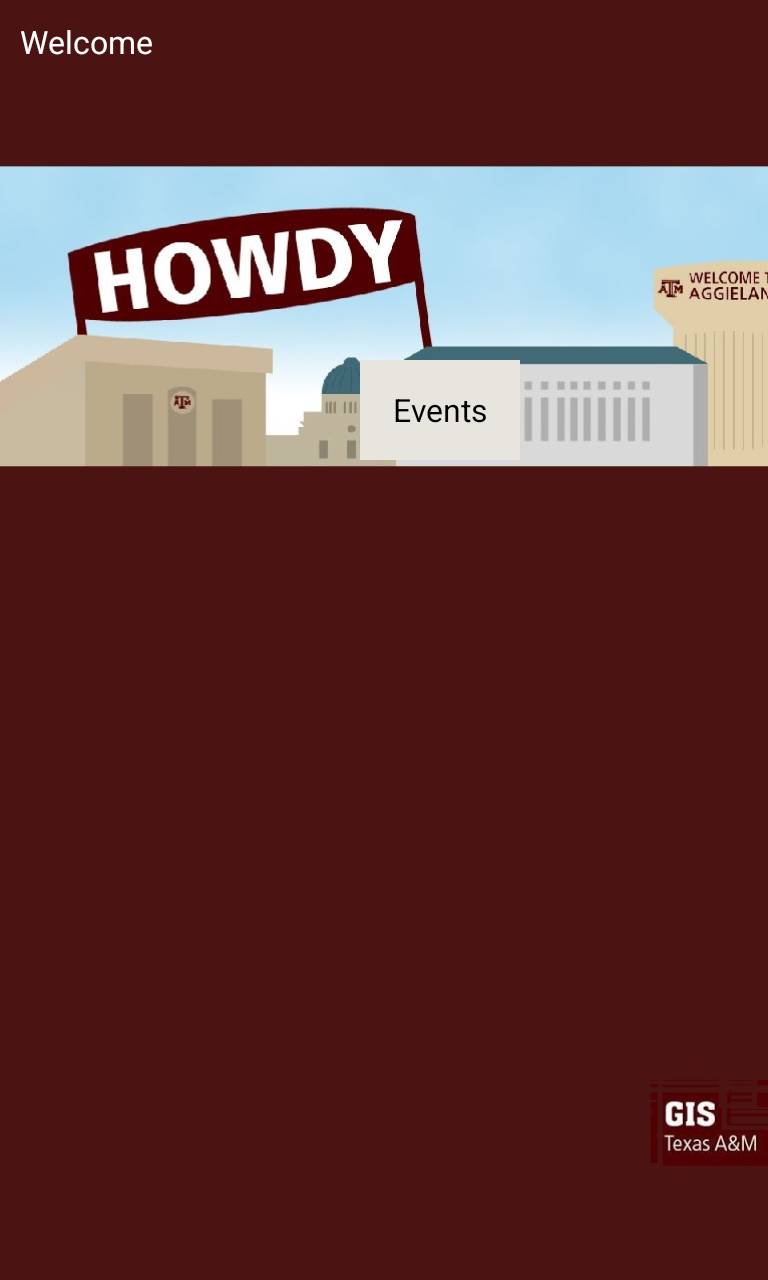
Repository: jannelg92/ANDROIDAPP
Layout: GEOINNOVATION/TAMUgis-dayEvents/res/layout/main_home.xml
These files come from the project's save history. The layout is drawn as it stood at one moment and after the next save; the edit follows.
It is drawn on a 768 x 1280 px phone screen (xhdpi) without system bars, with theme AppTheme; the app's code is not run. Lists and similar views that code fills are empty.

Above is the layout before, as saved 2014-04-19 00:47:28.

After the next save:
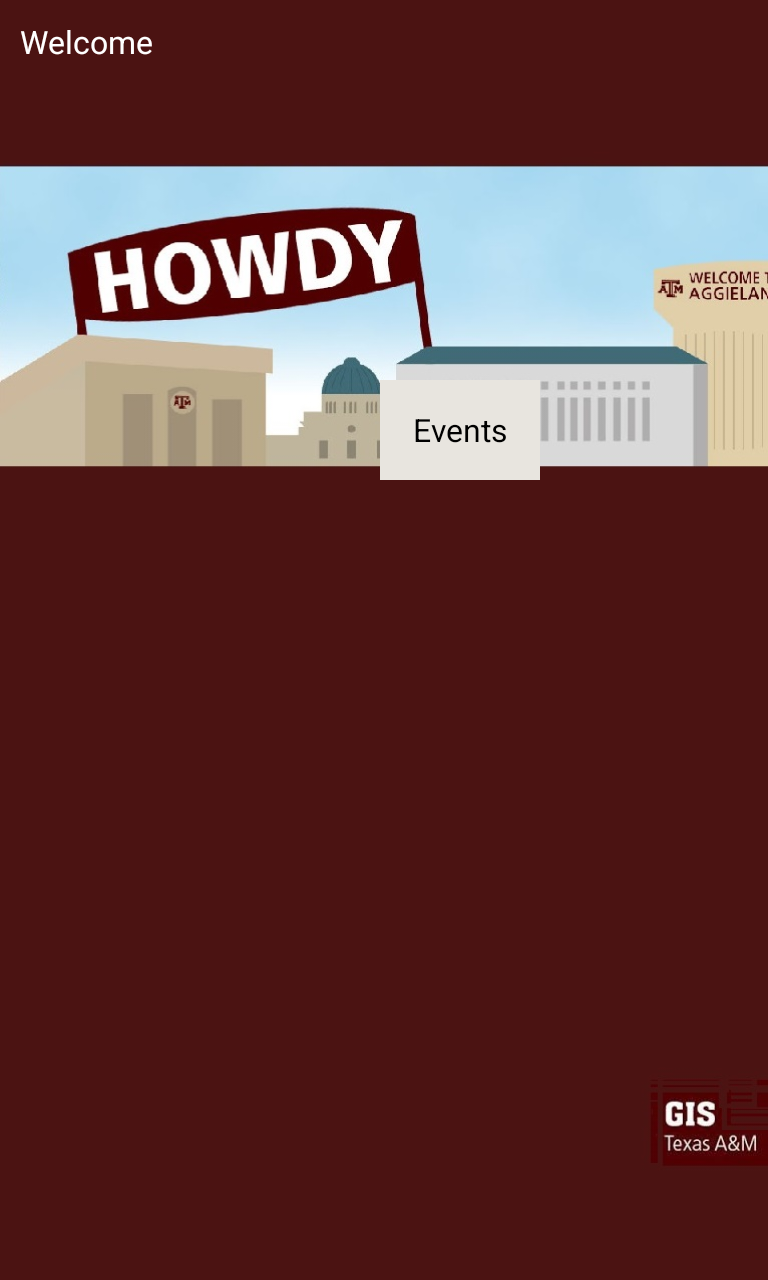
Saved 8 s later.
--- a/GEOINNOVATION/TAMUgis-dayEvents/res/layout/main_home.xml
+++ b/GEOINNOVATION/TAMUgis-dayEvents/res/layout/main_home.xml
@@ -31,7 +31,7 @@
         android:id="@+id/event_b"
         android:layout_width="80dp"
         android:layout_height="50dp"
-        android:layout_margin="170dp"
+        android:layout_margin="180dp"
         android:layout_marginBottom="50dp"
         android:align_parentBottom=""
         android:background="#E8E5DF"
